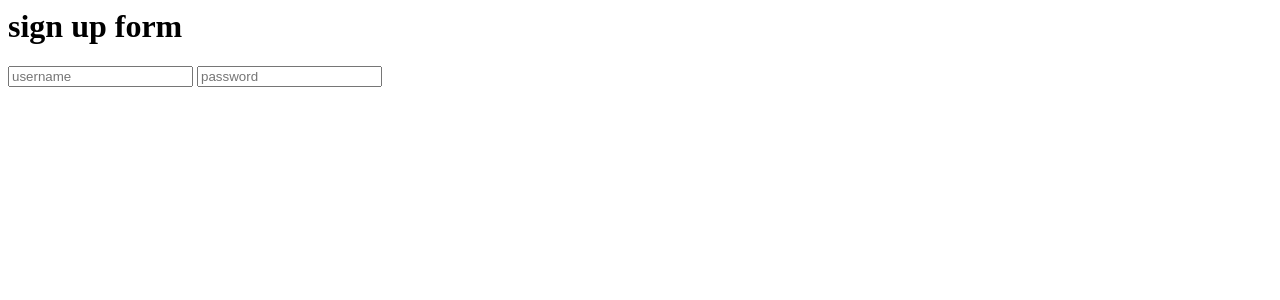
Repository: Nafeek30/WebProjects
Page: http://localhost/register
The author's editor kept a record of every edit. The page is drawn from the files as they stood at one moment, then again after the next edit.
The browser window is 1280 px wide. The pictures show the whole page.
The page is served by the project's Node server (Authentication/AuthDemo/app.js).

Above is the page before.

After the next edit:
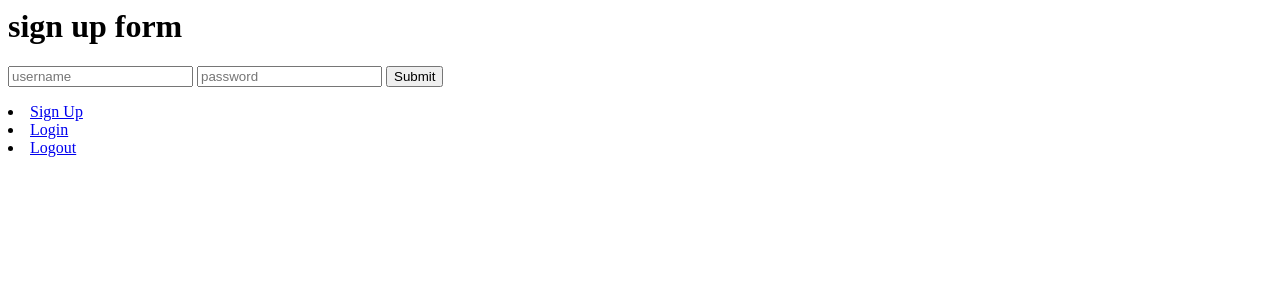
The edit:
--- a/Cloud 9 projects/Authentication/AuthDemo/views/register.ejs
+++ b/Cloud 9 projects/Authentication/AuthDemo/views/register.ejs
@@ -3,4 +3,9 @@
 <form action="/register" method="POST">
     <input type="text" name="username" placeholder="username">
     <input type="password" name="password" placeholder="password">
+    <button>Submit</button>
 </form>
+
+<li><a href="/register">Sign Up</a></li>
+<li><a href="/login">Login</a></li>
+<li><a href="/logout">Logout</a></li>
